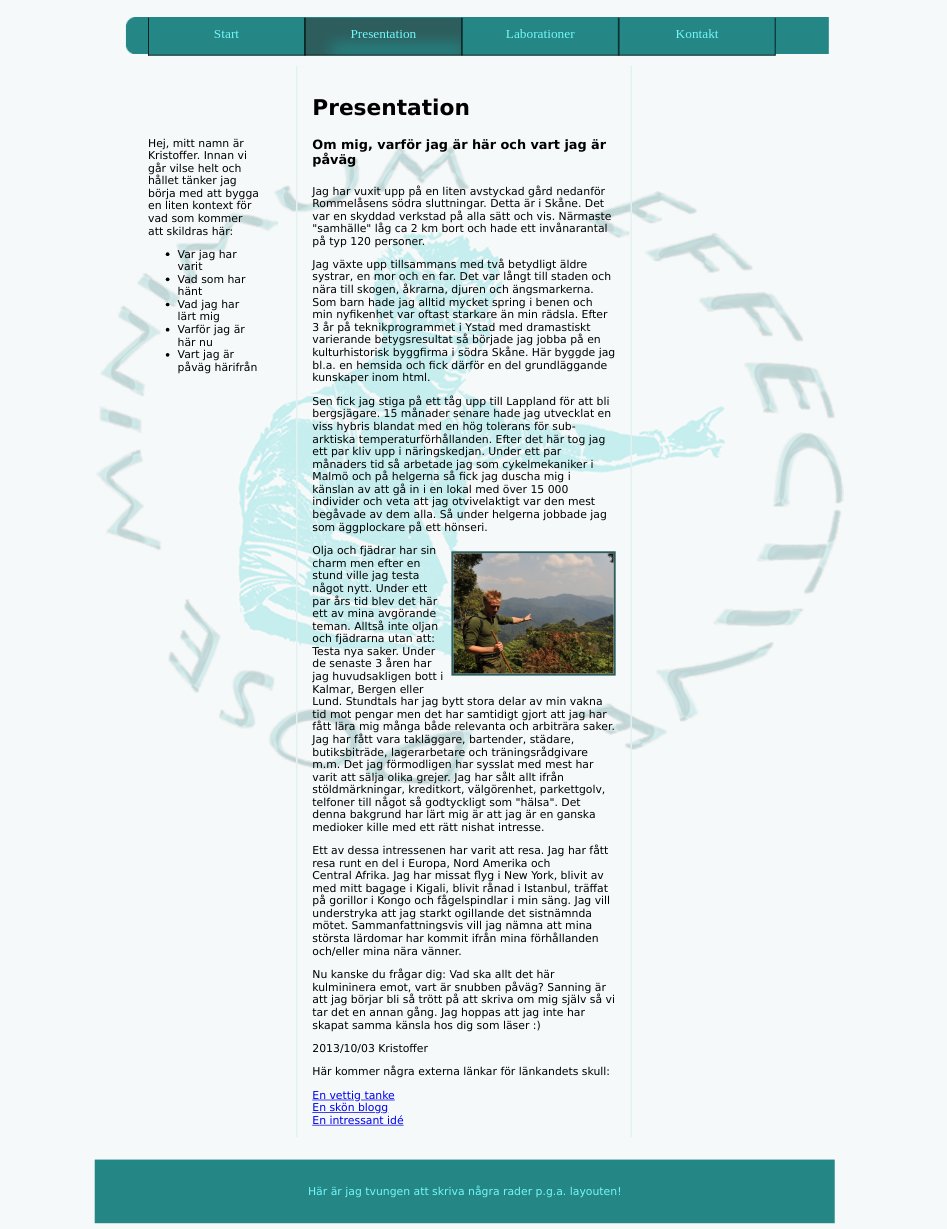
Repository: kb222jf/1ik415-laborationer
Page: Pages/Presentation.html
The author's editor kept a record of every edit. The page is drawn from the files as they stood at one moment, then again after the next edit.
The browser window is 1280 px wide. The pictures show the whole page, at 74% of full size.
Backgrounds fixed to the window are drawn as part of the page.

Above is the page before.

### Pages/Presentation.html
<!doctype html>
<html lang="sv">
<head>
		<meta charset="utf-8" name="viewport" content="width:device-width, initial-scale=1" />
		<title>Presentation</title>
        <!-- Favicon -->
        <link rel="shortcut icon" href="../Css/Pics/favicon.png" type="image/png" />
<!-- Apple touch icons -->
        <link rel="apple-touch-icon-precomposed" sizes="144x144" href="../Pics/apple-touch.icon-screen.png" />
        <link rel="apple-touch-icon-precomposed" sizes="114x114" href="../Pics/apple-touch.icon-720.png" />
        <link rel="apple-touch-icon-precomposed" sizes="57x57" href="../Pics/apple-touch.icon-480.png" />

<!-- All Devices -->
	    <link rel="stylesheet" href="../Css/Style.css" />
<!-- Resolution Screens > 720px -->
        <link rel="stylesheet" media="screen and (max-width: 1161px)" href="../Css/Screen.css" />
<!-- Resolution Smartphones <= 720px -->
        <link rel="stylesheet" media="only screen and (max-width:721px)" href="../Css/Mobile720.css" />
<!-- Resolution Smartphones <= 480px -->
        <link rel="stylesheet" media="only screen and (max-width: 481px)" href="../Css/Mobile480.css" />

</head>

<body>
<div id="container">

     <!--  <div id="logo">
         <a href="../Pics/Logowp13.png">
        <img src="../Pics/Logowp13.png" alt="Branding in progress" width="210" height="254"></a>
    </div>-->

    <!-- Meny start-->
    <div id="navigation">
        <ul>
            <li><a href="../Index.html">Start</a></li>
            <li><a href="Presentation.html" class="active">Presentation</a></li>
            <li><a href="Laborationer.html">Laborationer</a></li>
            <li><a href="Kontakt.html">Kontakt</a></li>
        </ul>
    </div>
<!-- Meny slut-->

<div id="wrapper">

    <div id="context">

         <p>
            Hej, mitt namn är Kristoffer. Innan vi går vilse helt och hållet
            tänker jag börja med att bygga en liten kontext för vad som
            kommer att skildras här:<br>
        </p>

    <ul>
        <li>Var jag har varit</li>
        <li>Vad som har hänt</li>
        <li>Vad jag har lärt mig</li>
        <li>Varför jag är här nu</li>
        <li>Vart jag är påväg härifrån</li>
    </ul>

    </div>

    <div id="content">
        <h1>Presentation</h1>
        <h4>Om mig, varför jag är här och vart jag är påväg</h4>

        <p>
            Jag har vuxit upp på en liten avstyckad gård nedanför Rommelåsens
            södra sluttningar. Detta är i Skåne. Det var en skyddad verkstad
            på alla sätt och vis. Närmaste "samhälle" låg ca 2 km bort och hade ett
            invånarantal på typ 120 personer.
        </p>

        <p>
            Jag växte upp tillsammans med två betydligt äldre systrar, en mor och
            en far. Det var långt till staden och nära till skogen, åkrarna, djuren
            och ängsmarkerna. Som barn hade jag alltid mycket spring i benen och
            min nyfikenhet var oftast starkare än min rädsla. Efter 3 år på
            teknikprogrammet i Ystad med dramastiskt varierande betygsresultat
            så började jag jobba på en kulturhistorisk byggfirma i södra Skåne.
            Här byggde jag bl.a. en hemsida och fick därför en del grundläggande
            kunskaper inom html.
        </p>
        <p>
            Sen fick jag stiga på ett tåg upp till Lappland för att bli bergsjägare.
            15 månader senare hade jag utvecklat en viss hybris blandat med en
            hög tolerans för sub-arktiska temperaturförhållanden.
            Efter det här tog jag ett par kliv upp i näringskedjan.
            Under ett par månaders tid så arbetade jag som cykelmekaniker i Malmö
            och på helgerna så fick jag duscha mig i känslan av att gå in i en lokal
            med över 15 000 individer och veta att jag otvivelaktigt var den mest begåvade
            av dem alla. Så under helgerna jobbade jag som äggplockare på ett hönseri.
        </p>
        <a href="../Pics/Rwandawp13.jpg">
        <img src="../Pics/Rwandawp13.jpg" id="Presbild" alt="Jag borde vara här!" width="216" height="162"></a>
        <p>
           Olja och fjädrar har sin charm men efter en stund ville jag testa något nytt.
           Under ett par års tid blev det här ett av mina avgörande teman. Alltså inte
           oljan och fjädrarna utan att: Testa nya saker. Under de senaste 3 åren har
           jag huvudsakligen bott i Kalmar, Bergen eller Lund. Stundtals har jag bytt
           stora delar av min vakna tid mot pengar men det har samtidigt gjort att
           jag har fått lära mig många både relevanta och arbiträra saker. Jag har fått vara
           takläggare, bartender, städare, butiksbiträde, lagerarbetare och träningsrådgivare m.m.
           Det jag förmodligen har sysslat med mest har varit att sälja olika grejer. Jag har sålt
           allt ifrån stöldmärkningar, kreditkort, välgörenhet, parkettgolv, telfoner
           till något så godtyckligt som "hälsa". Det denna bakgrund har lärt mig är att jag är
           en ganska medioker kille med ett rätt nishat intresse.
        </p>

        <p>
           Ett av dessa intressenen har varit att resa. Jag har fått resa runt en del i Europa,
           Nord&nbsp;Amerika och Central&nbsp;Afrika. Jag har missat flyg i New York, blivit av
           med mitt bagage i Kigali, blivit rånad i Istanbul, träffat på gorillor i Kongo och
           fågelspindlar i min säng. Jag vill understryka att jag starkt ogillande det sistnämnda mötet.
           Sammanfattningsvis vill jag nämna att mina största lärdomar har kommit ifrån mina förhållanden
           och/eller mina nära vänner.
        </p>
        <p>
            Nu kanske du frågar dig: Vad ska allt det här kulmininera emot, vart är
            snubben påväg? Sanning är att jag börjar bli så trött på att skriva om mig
            själv så vi tar det en annan gång. Jag hoppas att jag inte har skapat samma
            känsla hos dig som läser :)
        </p>
        <p>
            2013/10/03 Kristoffer
        </p>
        <p> Här kommer några externa länkar för länkandets skull:</p>
            <p> <a href="http://www.storyofstuff.org/movies-all/story-of-stuff">En vettig tanke</a><br>
                <a href="http://www.fourhourworkweek.com/blog/">En skön blogg</a><br>
                <a href="http://brandprox.org/">En intressant idé</a>
            </p>
    </div>

    <div id="news">
         <p>

        </p>
    </div>

</div>

    <div id="footer">
           <div id="footer-widget">
                <p>Här är jag tvungen att skriva några rader p.g.a. layouten!</p>
            </div>
    </div>

</div>

</body>
</html>

### Css/Style.css

 /* @media *//* Färger:
	 Body background: #f5f9f9
	 Footer: #258686
	 Menyknapp: #258686
	 Menyknapp hover: #b5bce1
	 Menyknaapp active: #194444

	 Typsnitt:
	 Meny: Source Sans Pro
	 Body: Lucida Sans Unicode
*/

@media all
{
    body
	{
	    margin-left:auto;
        margin-right:auto;
        overflow: auto;
        width:100%;
	    /* border: 4px solid red; */
		font-family: 'Lucida Sans Unicode';
		font-size: 11pt;
		background:#f5f9f9
	}

	h2
	{
	   font-size:20pt;
	}

	h3
	{
	    font-size:16pt;
	}

	h4
	{
	    font-size:13pt;
	}

	h5
	{
	    font-family: 'Source Sans Pro';
	    text-decoration: underline;
        font-size: 18px;

	}

/*Div-taggar start*/
	#container
	{
	    float: none;
	    overflow: none;
	    /* border: 4px solid blue; */
	    margin-left:auto;
        margin-right:auto;
        width:1024px;
        background:#f5f9f9 url('Pics/back-screen.png') no-repeat;
	    background-size:1024px;
	    background-attachment: fixed;
	    background-position:50% 2%;
	}

@media screen, handheld, projection, tv {

	#navigation
	{
	    float: none;
	    /* border: 4px solid blue; */
        width:960px;
        height: 80px;
		margin-left:auto;
        margin-right:auto;
		padding:1px 0px 0px 0px;
		background:#f5f9f9 url('Pics/meny-klar.png') no-repeat;
	}

	#wrapper
	{
	    float: none;
	    width:1000px;
	    /* border: 4px solid green; */
	    margin:auto;
	    overflow: auto;
	}


	#context
	{
	    float: left;
	    width: 150px;
	    /* border: 4px solid blue; */
	    margin:auto;
	    padding:80px 50px 20px 60px;
	}

	#content
	{
		border-right: solid #e5f0f0 2px;
		border-left: solid #e5f0f0 2px;
        float: left;
	    width: 410px;
	    /* border: 4px solid blue; */
	    margin:auto;
        padding: 20px 20px 0px 20px;
	}

	#news
	{
	    float: left;
	    width: 150px;
	    /* border: 4px solid blue; */
	    margin:auto;
        padding:70px 0px 20px 40px;
        list-style-image:url('Pics/blogg-klar.png');
	}

	#footer
	{
	    width: 960px;
	    background-color: #258686;
	    color: #74f7f7;
	    margin-top: 30px;
	    padding: 20px 20px 20px 20px;
	}

	#footer-widget
	{
	    width:80%;
	    margin-right: auto;
	    margin-left: auto;
	    background-color: #258686;
	    color: #74f7f7;
	    text-align: center;
	}
/*Div-taggar slut*/

/*Meny start*/
    #navigation a
	{
	    font-family: 'Source Sans Pro';
	    color: #74f7f7;
	    text-decoration: none;
        font-size: 18px;
        background: #258686;
        height: 30px;
        width: 180px;
        border-left: solid black medium;
        border-left-width:1px;
        border-right: solid black medium;
        border-right-width:1px;
        border-bottom: solid black medium;
        border-bottom-width:1px;
        margin-left:auto;
        margin-right:auto;
		padding: 12px 15px 8px 15px;
        float: left;
	}

	#navigation ul
	{
	    list-style: none;
	    text-align: center;
	}

	#navigation :hover
	{
		box-shadow: inset 5px 10px 10px 10px #276e6e;
	}

	.active
	{
		box-shadow: inset 20px 20px 20px 15px #2e5d5d;
	}
/*Meny slut*/

} /* @media */

/*Laborationstabell start*/
	#Resultat
	{
	    width: 405px;
	    height: 600px;
	}

	#Resultat td, #Resultat th, #Resultat tfoot
	{
	    border:3px transparent;
	    padding:3px 2px 2px 2px;
	}

	#Resultat th
	{
        padding-top:5px;
        padding-bottom:4px;
        background-color:#2e5d5d;
        color:#74f7f7;
        border:3px solid #f5f9f9;
	}

	#Resultat .labb
	{

	    border:3px solid #2e5d5d;
	}
/*Laborationstabell slut*/

/*Kontaktformulär start*/
    #Kontakt legend
    {
        padding:3px 5px 3px 5px;
        background-color:#2d6d6d;
        color:#74f7f7;
        border:1px solid #74f7f7;
    }

    #Kontakt input.name
    {
        width:140px;
        border:1px solid #2e5d5d;
    }

    #Kontakt fieldset
    {
        font-size:12pt;
        border:1px solid #2e5d5d;
    }

    #Kontakt select
    {
        height: 25px;
        width: 110px;
        font-size:11pt;
        border:1px solid #2e5d5d;
        margin:0px 0px 5px 0px;
    }

    #Kontakt textarea
    {
        height: 120px;
        width: 370px;
        font-size:11pt;
        font-family: 'Lucida Sans Unicode';
        border:1px solid #2e5d5d;
    }

    #Kontakt input.submit
    {
        height: 25px;
        width: 110px;
        font-size:12pt;
        border:1px solid #2e5d5d;
        margin:2px 0px 0px 0px;
    }
/*Kontaktformulär slut*/

/*Sprites*/

    #spritediv
	{
        height: 25px;
	    width: 400px;
	    /* border: 4px solid blue; */
	    margin:auto;
        padding-right: 50px;
	}

    #spritelist li
    {
        margin: 0;
        padding: 0;
        list-style: none;
        position: absolute;
        top: 0;
    }

    #spritelist li, #spritelist a
    {
        height: 24px;
        display: block;
    }
    #spritelist
    {
        position: relative;
    }
    #hus
    {
        left:0px;width:24px;
    }
    #hus
    {
        background:url("Pics/sprite.png") 0px 0px;
    }
    #hus a:hover
    {
        background: url("Pics/sprite.png") 0px -48px;
    }
    #hammare
    {
        left:80px;width:24px;
    }
    #hammare
    {
        background:url("Pics/sprite.png") 0px -96px;
    }
    #hammare a:hover
    {
        background: url("Pics/sprite.png") 0px -144px;
    }#foto
    {
        left:160px;width:24px;
    }
    #foto
    {
        background:url("Pics/sprite.png") 0px -192px;
    }
    #foto a:hover
    {
        background: url("Pics/sprite.png") 0px -240px;
    }#brev
    {
        left:240px;width:24px;
    }
    #brev
    {
        background:url("Pics/sprite.png") 0px -288px;
    }
    #brev a:hover
    {
        background: url("Pics/sprite.png") 0px -336px;
    }

/*Finlir*/
	#Presbild
	{
	    float: right;
	    margin:10px 0px 10px 10px;
	    border:3px solid #2e5d5d;
	}

	.left
	{
	    float: left;
	    margin:0px 20px 10px 0px;
	    border:3px solid #2e5d5d;
	}

	.none
	{
	    float: none;
	    margin:10px 20px 10px 0px;
	    border:3px solid #2e5d5d;
	}
/* @media */

### Css/Screen.css
 /* @media *//* Färger:
	 Body background: #f5f9f9
	 Footer: #258686
	 Menyknapp: #258686
	 Menyknapp hover: #b5bce1
	 Menyknaapp active: #194444

	 Typsnitt:
	 Meny: Source Sans Pro
	 Body: Lucida Sans Unicode
*/

@media all
{
    body
	{
	    margin-left:auto;
        margin-right:auto;
        overflow: auto;
        width:100%;
	    /* border: 4px solid red; */
		font-family: 'Lucida Sans Unicode';
		font-size: 10pt;
		background:#f5f9f9
	}

	h2
	{
	   font-size:20pt;
	}

	h3
	{
	    font-size:16pt;
	}

	h4
	{
	    font-size:13pt;
	}

	h5
	{
	    font-family: 'Source Sans Pro';
	    text-decoration: underline;
        font-size: 18px;

	}

/*Div-taggar start*/
	#container
	{
	    float: none;
	    overflow: none;
	    /* border: 2px solid blue; */
	    margin-left:auto;
        margin-right:auto;
        width: 99%;
        background:#f5f9f9 url('Pics/back-screen.png') no-repeat;
	    background-size:1024px;
	    background-attachment: fixed;
	    background-position:50% 2%;
	}



	#navigation
	{
	    float: none;
	    /* border: 1px solid blue; */
        width: 96%;
        height: 80px;
		margin-left:auto;
        margin-right:auto;
		padding:1px 0px 0px 0px;
		background: #f5f9f9;

	}

	#wrapper
	{
	    float: none;
	    width: 96%;
	    /* border: 2px solid green; */
	    margin:auto;
	    overflow: auto;
	}


	#context
	{
	    float: left;
	    width: 11%;
	    /* border: 1px solid blue; */
	    margin:auto;
	    padding:80px 30px 20px 40px;
	}

	#content
	{
		border-right: solid #e5f0f0 2px;
		border-left: solid #e5f0f0 2px;
        float: left;
	    width: 44%;
	    /* border: 1px solid blue; */
	    margin: 0% 3% 1% 6%;
        padding:0px 15px 0px 20px;
	}

	#news
	{
	    float: left;
	    width: 10%;
	    /* border: 1px solid blue; */
	    margin:auto;
        padding: 70px 0px 20px 10px;
        list-style-image:url('Pics/blogg-klar.png');
	}

	#footer
	{
	    width:98%;
	    /* : 4px solid blue; */
	    background-color: #258686;
	    color: #74f7f7;
	    margin-top: 30px;
	    padding: 20px 20px 20px 20px;
	    float: none;

	}

	#footer-widget
	{
	    width:80%;
	    margin-right: auto;
	    margin-left: auto;
	    background-color: #258686;
	    color: #74f7f7;
	    text-align: center;
	}
/*Div-taggar slut*/

/*Meny start*/
     #navigation a
	{
	    font-family: 'Source Sans Pro';
	    color: #74f7f7;
	    text-decoration: none;
        font-size: 18px;
        background: #258686;
        height: 28px;
        width: 21%;
        border-left: solid black medium;
        border-left-width:1px;
        border-right: solid black medium;
        border-right-width:1px;
        border-bottom: solid black medium;
        border-bottom-width:1px;
        margin-left:auto;
        margin-right:auto;
		padding: 14px 8px 10px 8px;
        float: left;
	}

	#navigation ul
	{
	    list-style: none;
	    text-align: center;
	}

	#navigation :hover
	{
		box-shadow: inset 5px 10px 10px 10px #276e6e;
	}

	.active
	{
		box-shadow: inset 20px 20px 20px 15px #2e5d5d;
	}
/*Meny slut*/

 /* @media */

/*Laborationstabell start*/
	#Resultat
	{
	    width: 405px;
	    height: 600px;
	}

	#Resultat td, #Resultat th, #Resultat tfoot
	{
	    border:3px transparent;
	    padding:3px 2px 2px 2px;
	}

	#Resultat th
	{
	    font-family: 'Source Sans Pro';
        text-transform:capitalize;
        font-size: 16px;
        padding-top:5px;
        padding-bottom:4px;
        background-color:#2e5d5d;
        color:#74f7f7;
        border:3px solid #f5f9f9;
	}

	#Resultat .labb
	{

	    border:3px solid #2e5d5d;
	}
/*Laborationstabell slut*/

/*Kontaktformulär start*/
     #Kontakt legend
    {
        font-family: 'Source Sans Pro';
        text-transform:capitalize;
        font-size: 18px;
        margin-top: 20px;
        margin-bottom: 8px;
        padding:5px 8px 5px 8px;
        background-color:#258686;
        color:#74f7f7;
        border:1px solid black;
    }

    #Kontakt input.name
    {
        width:140px;
        border:1px solid #2e5d5d;
    }

    #Kontakt select
    {
        height: 25px;
        width: 110px;
        font-size:11pt;
        border:1px solid #2e5d5d;
        margin:0px 0px 5px 0px;
    }

    #Kontakt textarea
    {
        height: 120px;
        width: 370px;
        font-size:11pt;
        font-family: 'Lucida Sans Unicode';
        border:1px solid #2e5d5d;
    }

    #Kontakt input.submit
    {
        height: 25px;
        width: 110px;
        font-size:12pt;
        border:1px solid #2e5d5d;
        margin:2px 0px 0px 0px;
    }
/*Kontaktformulär slut*/

/*Sprites*/

    #spritediv
	{
        height: 25px;
	    width: 400px;
	    /* border: 4px solid blue; */
	    margin:auto;
        padding-right: 50px;
	}

    #spritelist li
    {
        margin: 0;
        padding: 0;
        list-style: none;
        position: absolute;
        top: 0;
    }

    #spritelist li, #spritelist a
    {
        height: 24px;
        display: block;
    }
    #spritelist
    {
        position: relative;
    }
    #hus
    {
        left:0px;width:24px;
    }
    #hus
    {
        background:url("Pics/sprite.png") 0px 0px;
    }
    #hus a:hover
    {
        background: url("Pics/sprite.png") 0px -48px;
    }
    #hammare
    {
        left:80px;width:24px;
    }
    #hammare
    {
        background:url("Pics/sprite.png") 0px -96px;
    }
    #hammare a:hover
    {
        background: url("Pics/sprite.png") 0px -144px;
    }#foto
    {
        left:160px;width:24px;
    }
    #foto
    {
        background:url("Pics/sprite.png") 0px -192px;
    }
    #foto a:hover
    {
        background: url("Pics/sprite.png") 0px -240px;
    }#brev
    {
        left:240px;width:24px;
    }
    #brev
    {
        background:url("Pics/sprite.png") 0px -288px;
    }
    #brev a:hover
    {
        background: url("Pics/sprite.png") 0px -336px;
    }

/*Finlir*/
	#Presbild
	{
	    float: right;
	    margin:10px 0px 10px 10px;
	    border:3px solid #2e5d5d;
	}

	.left
	{
	    float: left;
	    margin:0px 20px 10px 0px;
	    border:3px solid #2e5d5d;
	}

	.none
	{
	    float: none;
	    margin:10px 20px 10px 0px;
	    border:3px solid #2e5d5d;
	}
}/* @media */

Loaded but not shown: Css/Mobile720.css (375 lines, source omitted); Css/Mobile480.css (368 lines, source omitted)

After the next edit:
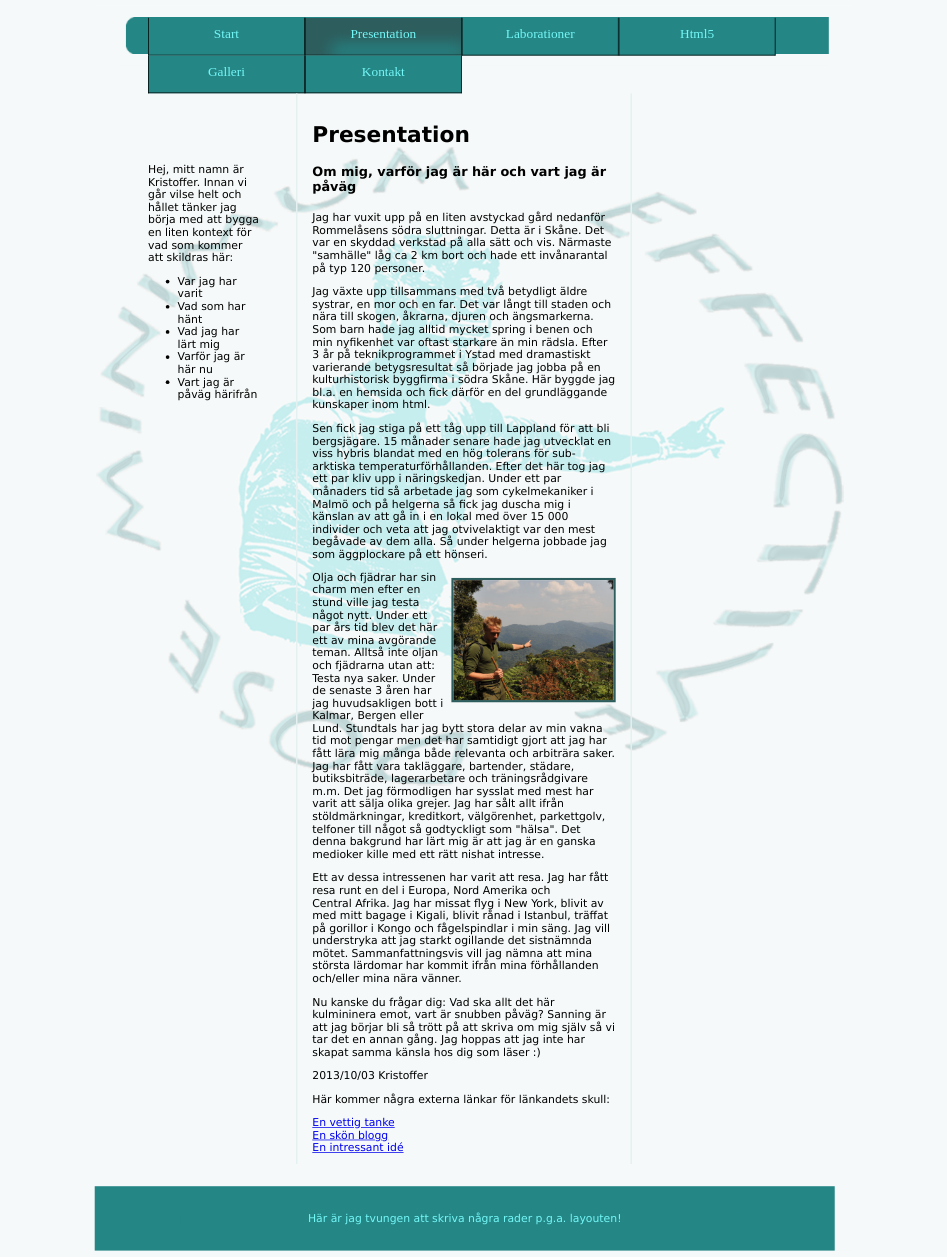
The edit:
--- a/Pages/Presentation.html
+++ b/Pages/Presentation.html
@@ -29,13 +29,15 @@
         <img src="../Pics/Logowp13.png" alt="Branding in progress" width="210" height="254"></a>
     </div>-->
 
-    <!-- Meny start-->
+     <!-- Meny start-->
     <div id="navigation">
         <ul>
-            <li><a href="../Index.html">Start</a></li>
-            <li><a href="Presentation.html" class="active">Presentation</a></li>
-            <li><a href="Laborationer.html">Laborationer</a></li>
-            <li><a href="Kontakt.html">Kontakt</a></li>
+            <li><a href="Index.html">Start</a></li>
+            <li><a href="Pages/Presentation.html" class="active">Presentation</a></li>
+            <li><a href="Pages/Laborationer.html">Laborationer</a></li>
+            <li><a href="Pages/Html5.html">Html5</a></li>
+            <li><a href="Gallery/index.html">Galleri</a></li>
+            <li><a href="Pages/Kontakt.html">Kontakt</a></li>
         </ul>
     </div>
 <!-- Meny slut-->
